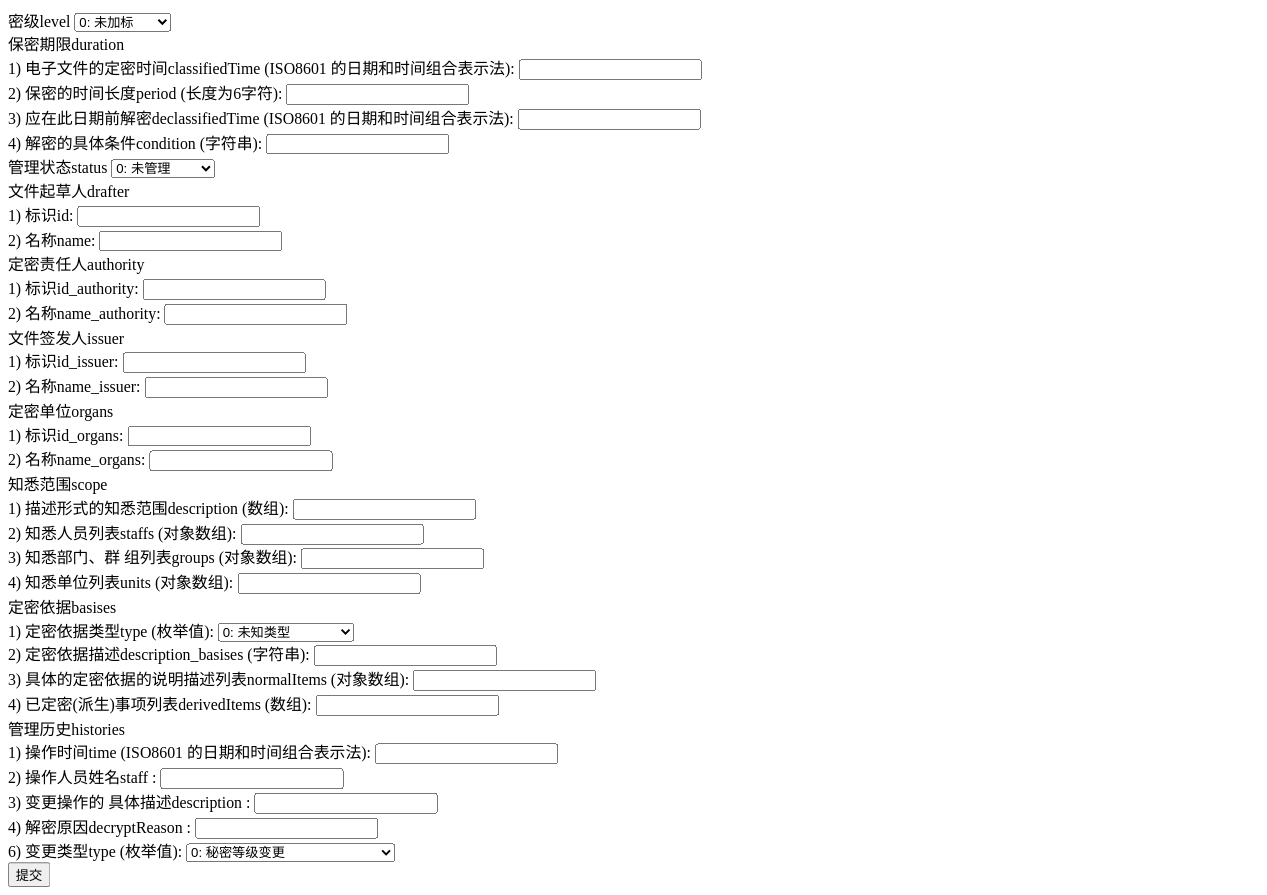
Repository: karlinglee93/eclipse-workspace
Page: jsp_test/WebContent/test.html
The author's editor kept a copy of each file at every save. The page is drawn from the files as they stood at one save, then again after the next save.
The browser window is 1280 px wide. The pictures show the whole page, at 99% of full size.

Above is the page before, as saved 2018-07-04 08:51:31.

### jsp_test/WebContent/test.html
<!DOCTYPE html>
<html>
<head>
<meta charset="utf-8">
<title>Label</title>
</head>
<body>

<form action="main.jsp" method="GET">
密级level
<select name="level">
<option value="0">0: 未加标</option>
<option value="10">10: 国密公开</option>
<option value="11">11: 商密公开</option>
<option value="20">20: 国密内部</option>
<option value="21">21: 商密内部</option>
<option value="50">50: 普通商密</option>
<option value="80">80: 核心商密</option>
<option value="120">120: 秘密</option>
<option value="150">150: 机密</option>
<option value="180">180: 绝密</option>
</select>
<br />

保密期限duration
<!--不足之处：
	1）ISO8601 的日期和时间组合表示法必须人工手打；
	2）period 和declassifiedTime 之间应该存在一定的逻辑关系；
	3）condition 和其他关键字也应该存在逻辑关系。  -->
<br />
1) 电子文件的定密时间classifiedTime (ISO8601 的日期和时间组合表示法):
<input type="text" name="classifiedTime" />
<br />
2) 保密的时间长度period (长度为6字符):
<input type="text" name="period" />
<br />
3) 应在此日期前解密declassifiedTime (ISO8601 的日期和时间组合表示法):
<input type="text" name="declassifiedTime" />
<br />
4) 解密的具体条件condition (字符串):
<input type="text" name="condition" />
<br />

管理状态status
<select name="status">
<option value="0">0: 未管理</option>
<option value="20">20: 忽略</option>
<option value="50">50: 预定密</option>
<option value="80">80: 正式定密</option>
<option value="110">110: 文件签发</option>
<option value="140">140: 密级变更</option>
<option value="170">170: 文件解密</option>
</select>
<br />

文件起草人drafter
<br />
1) 标识id:
<input type="text" name="id" />
<br />
2) 名称name:
<input type="text" name="name" />
<br />

定密责任人authority
<br />
1) 标识id_authority:
<input type="text" name="id_authority" />
<br />
2) 名称name_authority:
<input type="text" name="name_authority" />
<br />

文件签发人issuer
<br />
1) 标识id_issuer:
<input type="text" name="id_issuer" />
<br />
2) 名称name_issuer:
<input type="text" name="name_issuer" />
<br />

定密单位organs
<!-- 对象数组 -->
<br />
1) 标识id_organs:
<input type="text" name="id_organs" />
<br />
2) 名称name_organs:
<input type="text" name="name_organs" />
<br />

知悉范围scope
<!-- 不足之处：
	1）staffs/groups/units 为对象数组，其中都包含id & name。
 -->
<br />
1) 描述形式的知悉范围description (数组):
<input type="text" name="description" />
<br />
2) 知悉人员列表staffs (对象数组):
<input type="text" name="staffs" />
<br />
3) 知悉部门、群 组列表groups (对象数组):
<input type="text" name="groups" />
<br />
4) 知悉单位列表units (对象数组):
<input type="text" name="units" />
<br />

定密依据basises
<!-- 不足之处：
	1）normalItems 中包含id/name/level/duration/scope/keys。
 -->
<br />
1) 定密依据类型type (枚举值):
<select name="type">
<option value="0">0: 未知类型</option>
<option value="10">10: 确定性定密事项</option>
<option value="50">50: 不明确事项</option>
<option value="90">90: 无权定密事项</option>
<option value="130">130: 派生定密事项</option>
</select>
<br />
2) 定密依据描述description_basises (字符串):
<input type="text" name="description_basises" />
<br />
3) 具体的定密依据的说明描述列表normalItems (对象数组):
<input type="text" name="normalItems" />
<br />
4) 已定密(派生)事项列表derivedItems (数组):
<input type="text" name="derivedItems" />
<br />

管理历史histories
<!-- 不足之处：
	1）normalItems 中包含id/name/level/duration/scope/keys。
 -->
<br />
1) 操作时间time (ISO8601 的日期和时间组合表示法):
<input type="text" name="time" />
<br />
2) 操作人员姓名staff :
<input type="text" name="staff" />
<br />
3) 变更操作的 具体描述description :
<input type="text" name="description" />
<br />
4) 解密原因decryptReason :
<input type="text" name="decryptReason" />
<br />
6) 变更类型type (枚举值):
<select name="type">
<option value="0">0: 秘密等级变更</option>
<option value="1">1: 保密期限变更</option>
<option value="3">3: 秘密等级变更及保密期限变更</option>
</select>
<br />

<input type="submit" value="提交" />
</form>
</body>
</html>

After the next save:
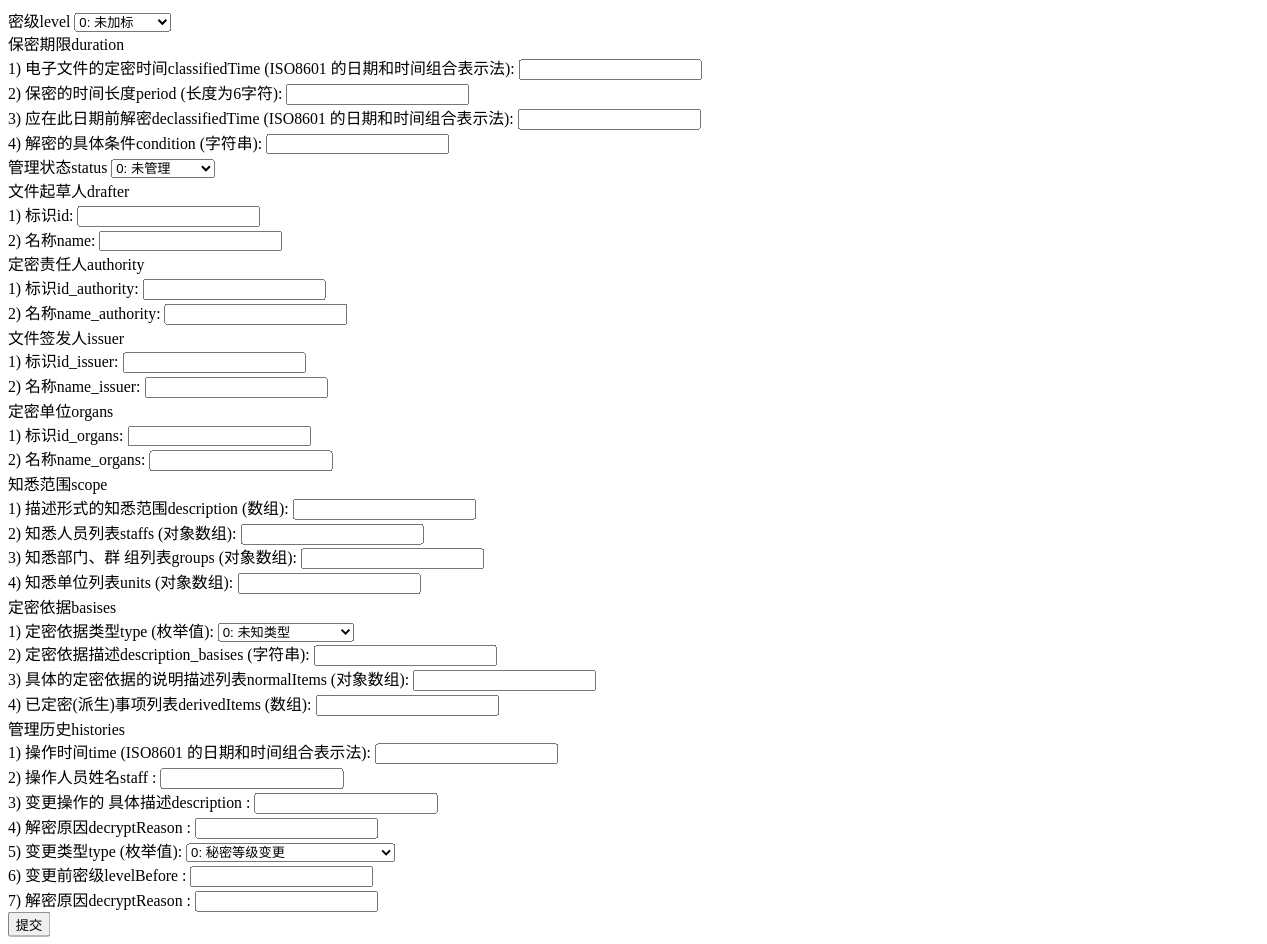
Saved 51 s later.
--- a/jsp_test/WebContent/test.html
+++ b/jsp_test/WebContent/test.html
@@ -149,13 +149,19 @@
 4) 解密原因decryptReason :
 <input type="text" name="decryptReason" />
 <br />
-6) 变更类型type (枚举值):
+5) 变更类型type (枚举值):
 <select name="type">
 <option value="0">0: 秘密等级变更</option>
 <option value="1">1: 保密期限变更</option>
 <option value="3">3: 秘密等级变更及保密期限变更</option>
 </select>
 <br />
+6) 变更前密级levelBefore :
+<input type="text" name="description" />
+<br />
+7) 解密原因decryptReason :
+<input type="text" name="decryptReason" />
+<br />
 
 <input type="submit" value="提交" />
 </form>
